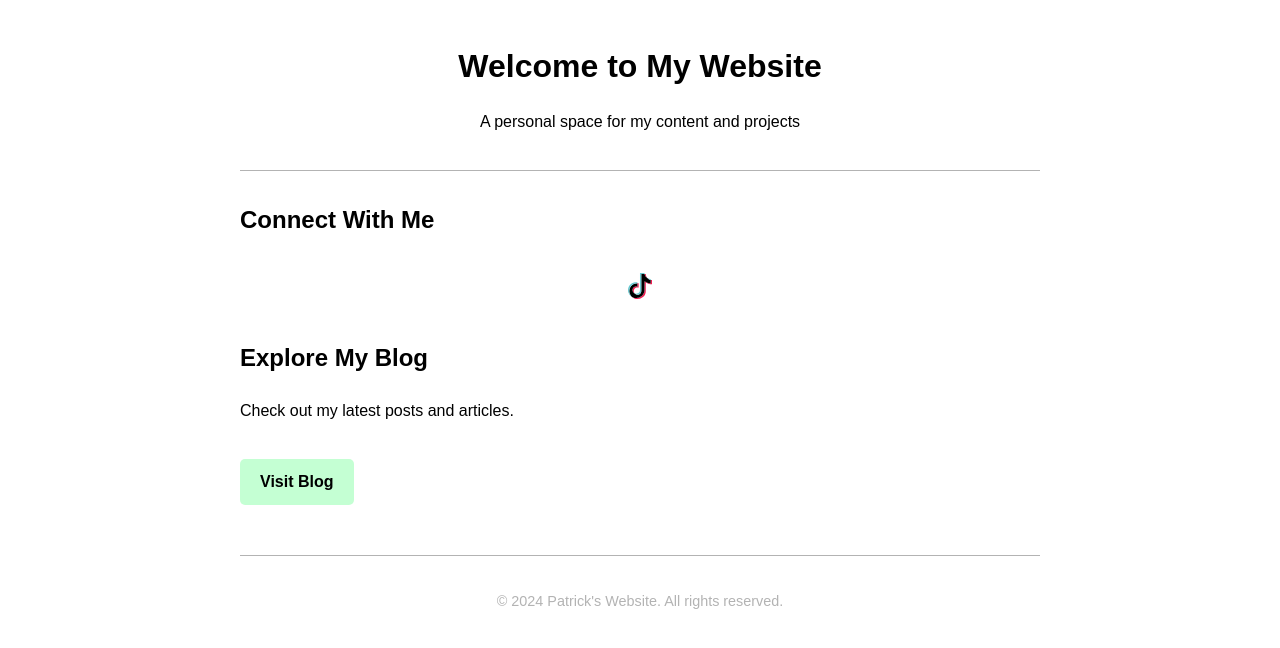
Repository: pjpatrick071/pjpatrick071.github.io
Page: index.html
The author's editor kept a copy of each file at every save. The page is drawn from the files as they stood at one save, then again after a run of saves.
The browser window is 1280 px wide. The pictures show the whole page.

Above is the page before, as saved 2025-04-02 20:32:28.

After the next 2 saves:
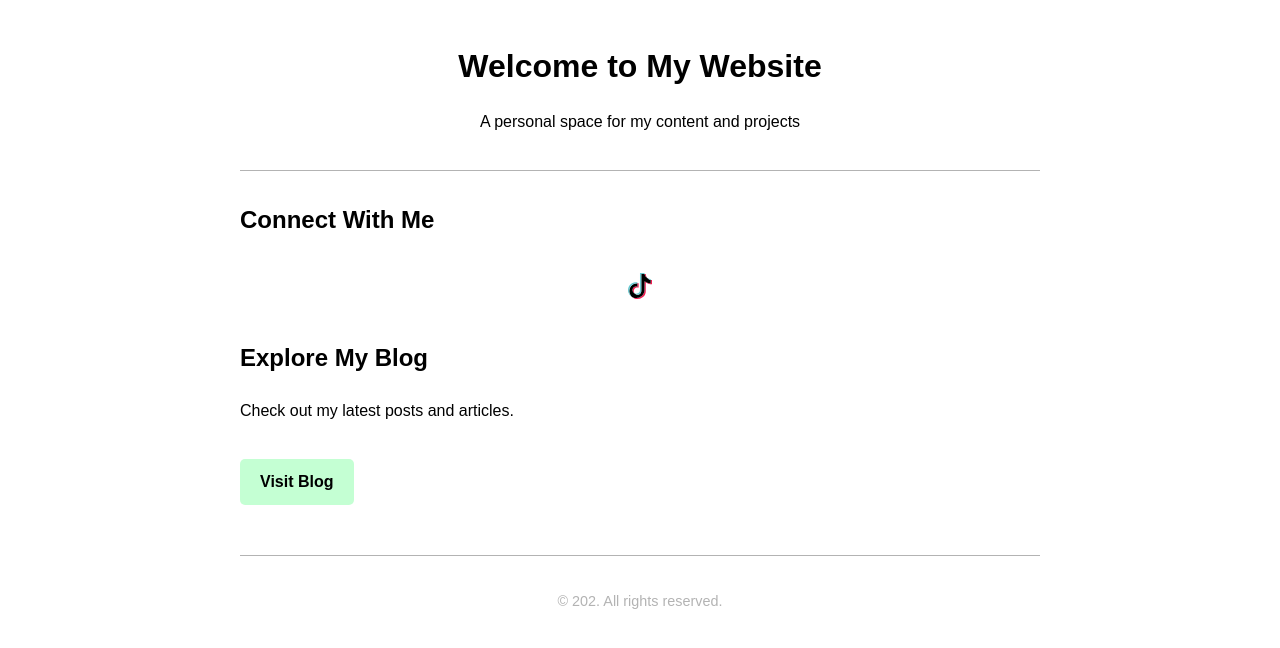
The 2 saves are shown as one change because they came seconds apart.
The last was saved 23 s later.
--- a/index.html
+++ b/index.html
@@ -101,7 +101,7 @@
     </main>
 
     <footer>
-        <p>&copy; 2024 Patrick's Website. All rights reserved.</p>
+        <p>&copy; 202. All rights reserved.</p>
     </footer>
 </body>
 </html>
